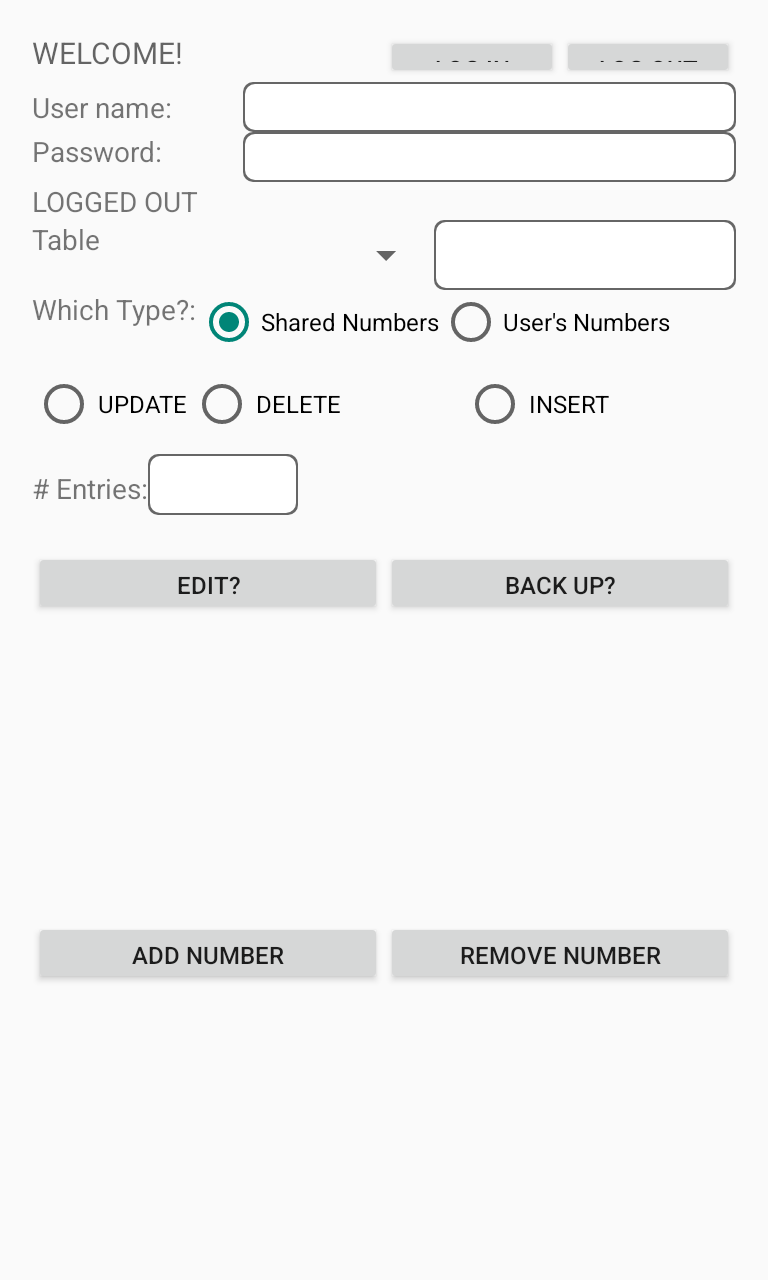
Repository: kharryman/LFQ_APP
Layout: LearnFactsQuick/res/layout/edit_numbers.xml
These files come from the project's save history. The layout is drawn as it stood at one moment and after the next save; the edit follows.
It is drawn on a 768 x 1280 px phone screen (xhdpi) without system bars, with theme AppTheme; the app's code is not run.

Above is the layout before, as saved 2018-03-21 03:34:05.

After the next save:
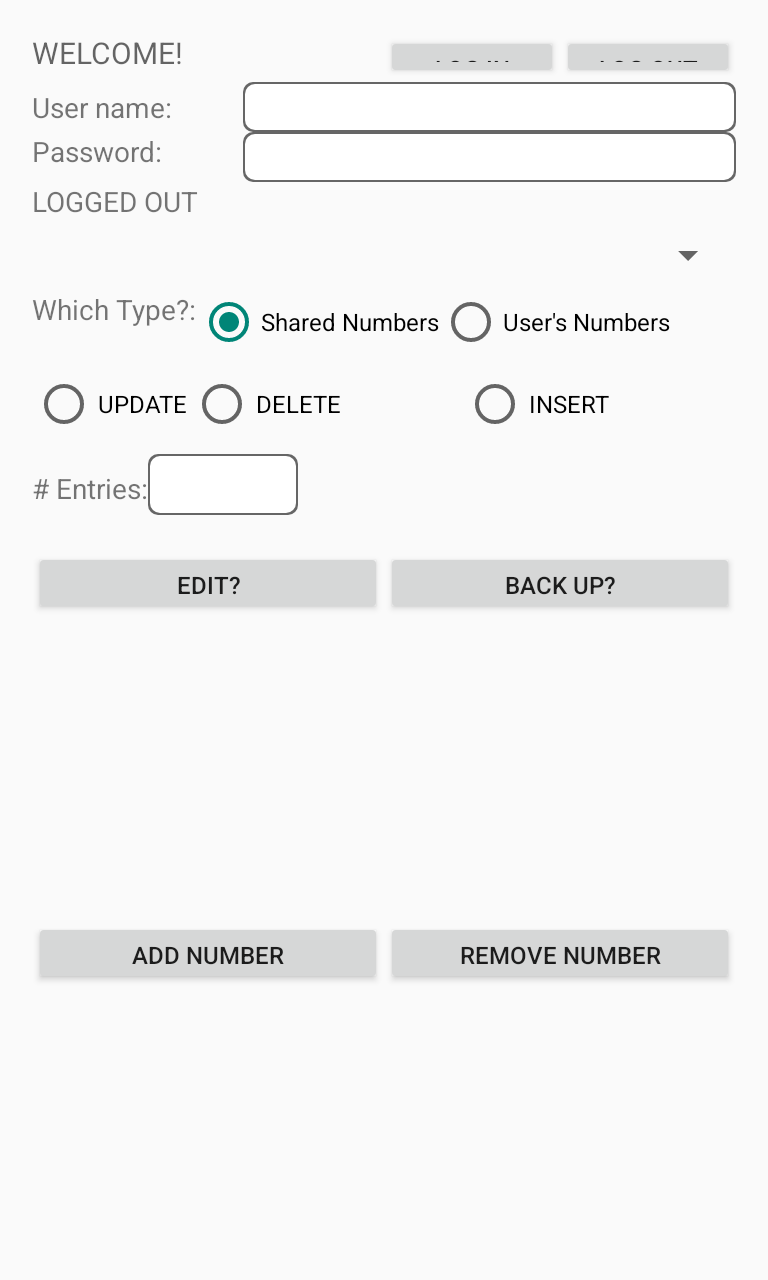
Saved 23 h 14 min later.
--- a/LearnFactsQuick/res/layout/edit_numbers.xml
+++ b/LearnFactsQuick/res/layout/edit_numbers.xml
@@ -121,24 +121,16 @@
                 android:layout_height="70px"
                 android:orientation="horizontal" >
 
-                <TextView
-                    android:id="@+id/prompt_select_numbers_table"
-                    android:layout_width="0dp"
-                    android:layout_height="match_parent"
-                    android:layout_weight="0.25"
-                    android:text="Table" />
-
                 <Spinner
                     android:id="@+id/select_edit_numbers_title"
-                    android:layout_width="0dp"
-                    android:layout_height="match_parent"
-                    android:layout_weight="0.75" />
+                    android:layout_width="match_parent"
+                    android:layout_height="match_parent"
+                    />
 
                 <EditText
                     android:id="@+id/input_numbers_table"
-                    android:layout_width="0dp"
-                    android:layout_height="match_parent"
-                    android:layout_weight="0.75"
+                    android:layout_width="match_parent"
+                    android:layout_height="match_parent"
                     android:background="@drawable/rounded_edittext"
                     android:inputType="textMultiLine"
                     android:maxLines="2" />
